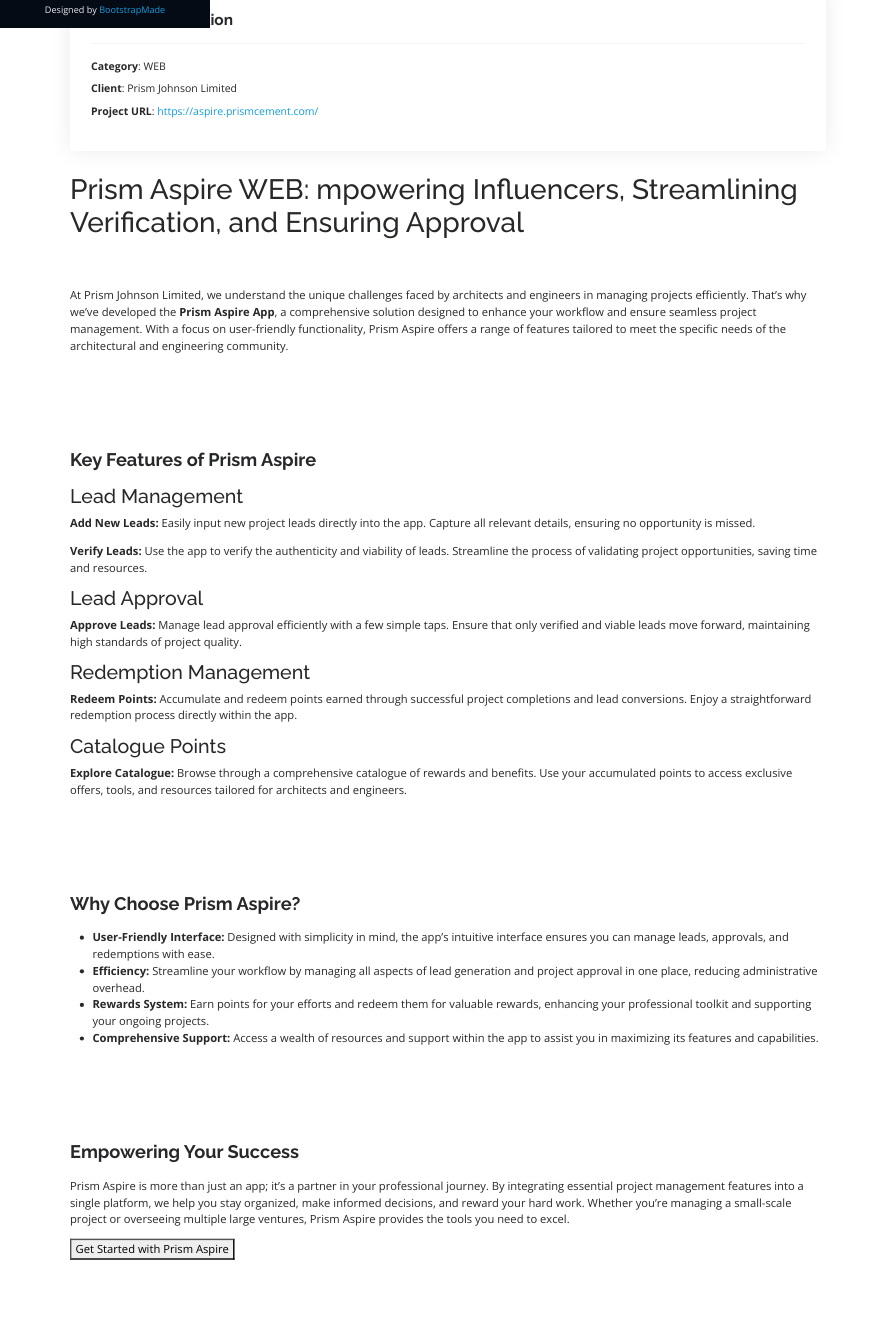
Repository: ajeettiwari-2809/iPortfolio
Page: aspireweb.html
An editor plug-in stored every save of this project. The page is shown before and after the next save, followed by the edit.
The browser window is 1280 px wide. The pictures show the part of the page from y = 681 to 2601 px (the page is 2601 px tall before and 2577 px after), at 70% of full size.

Above is the page before, as saved 2024-06-05 12:28:04.

After the next save:
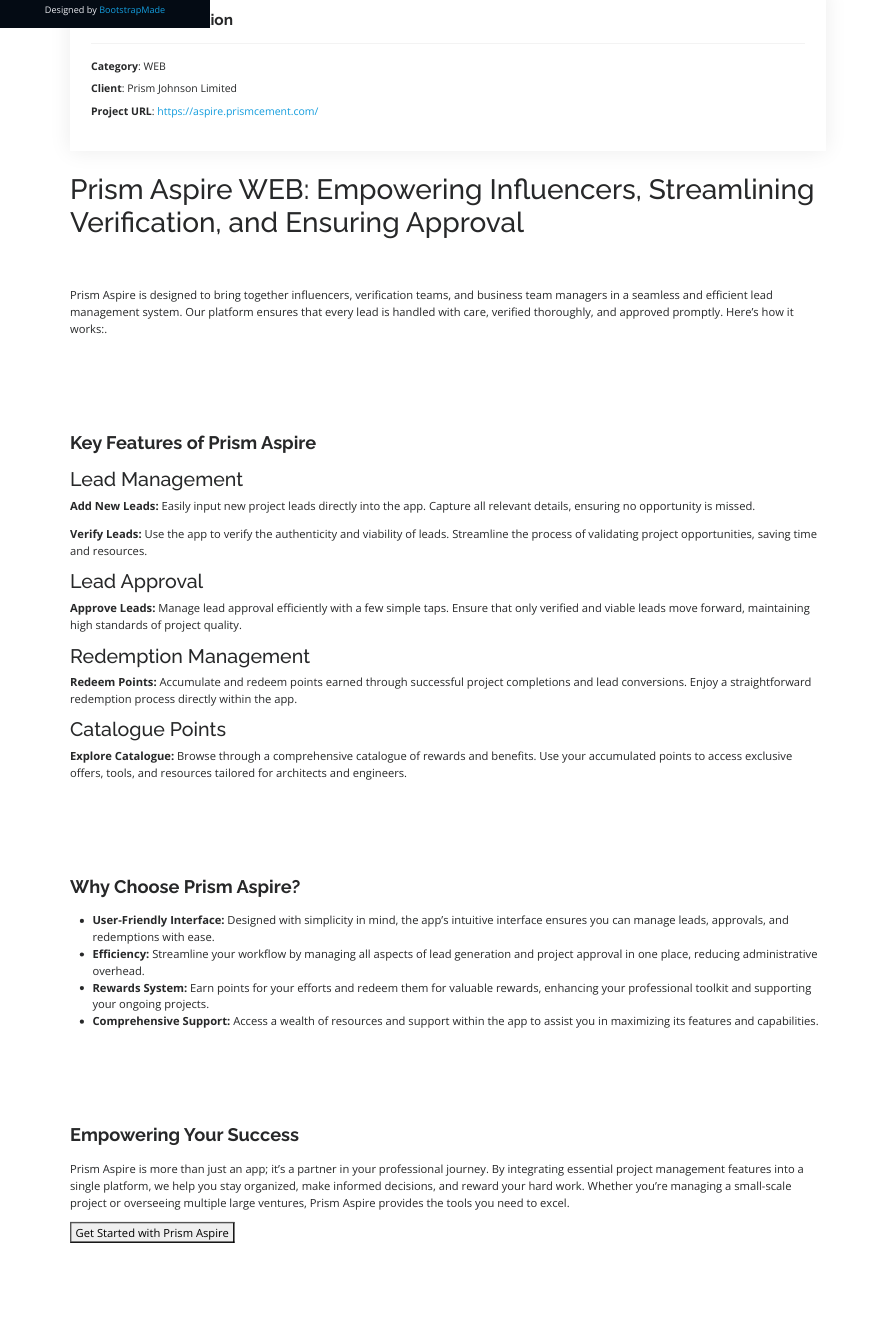
Saved 33 s later.
--- a/aspireweb.html
+++ b/aspireweb.html
@@ -180,11 +180,11 @@
 
         <div class="portfolio-description">
           <header>
-            <h1>Prism Aspire WEB: mpowering Influencers, Streamlining Verification, and Ensuring Approval</h1>
+            <h1>Prism Aspire WEB: Empowering Influencers, Streamlining Verification, and Ensuring Approval</h1>
           </header>
 
           <section class="intro">
-            <p>At Prism Johnson Limited, we understand the unique challenges faced by architects and engineers in managing projects efficiently. That’s why we’ve developed the <strong>Prism Aspire App</strong>, a comprehensive solution designed to enhance your workflow and ensure seamless project management. With a focus on user-friendly functionality, Prism Aspire offers a range of features tailored to meet the specific needs of the architectural and engineering community.</p>
+            <p>Prism Aspire is designed to bring together influencers, verification teams, and business team managers in a seamless and efficient lead management system. Our platform ensures that every lead is handled with care, verified thoroughly, and approved promptly. Here’s how it works:.</p>
           </section>
 
           <section class="features">
